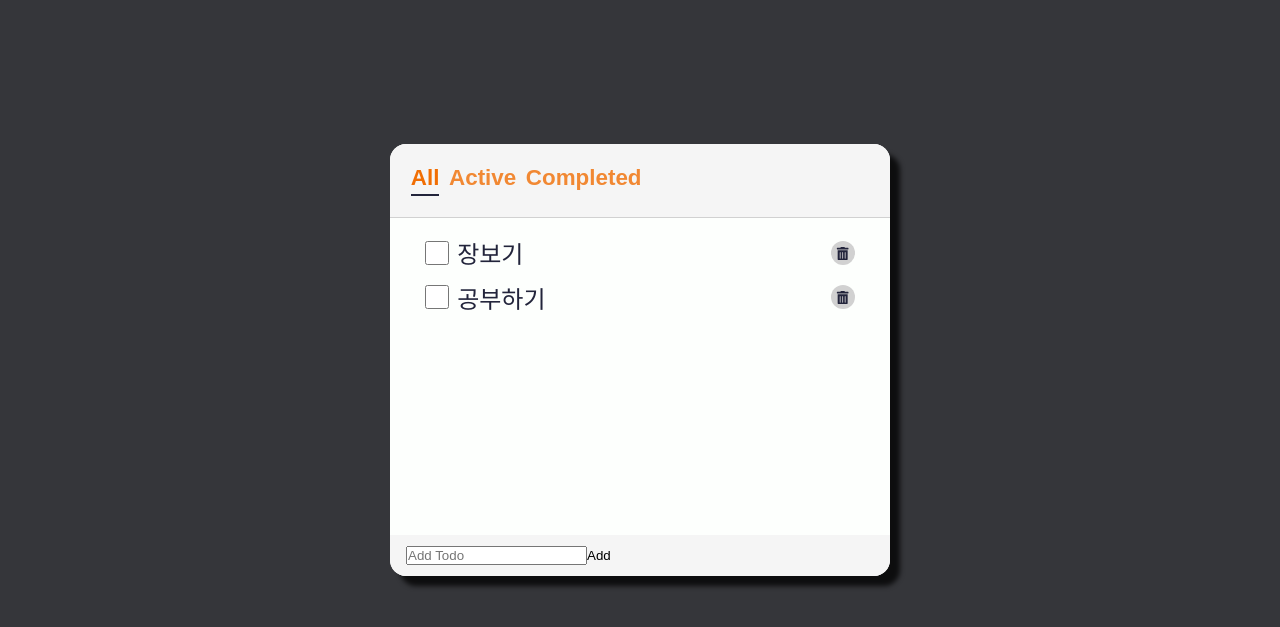
Repository: MrJinkyu/TodoList
Page: /
The author's editor kept a copy of each file at every save. The page is drawn from the files as they stood at one save, then again after the next save.
The browser window is 1280 px wide. The pictures show the whole page.
The project was rebuilt for these pictures with package versions that can differ from the ones it lists, and the page was loaded fresh each time.

Above is the page before, as saved 2023-05-01 14:56:14.

After the next save:
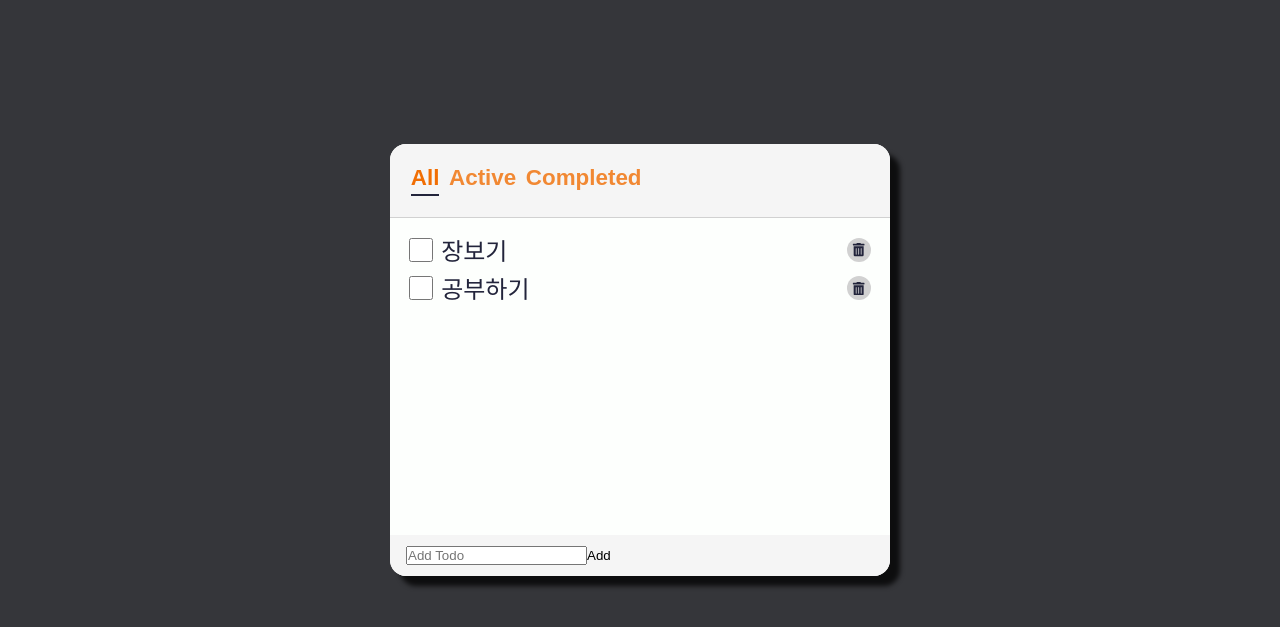
Saved 5 s later.
--- a/src/components/Todo.module.css
+++ b/src/components/Todo.module.css
@@ -2,7 +2,7 @@
     display: flex;
     justify-content: space-between;
     align-items: center;
-    padding: 0.2rem 1rem;
+
     margin: 0.2rem;
 }
 
